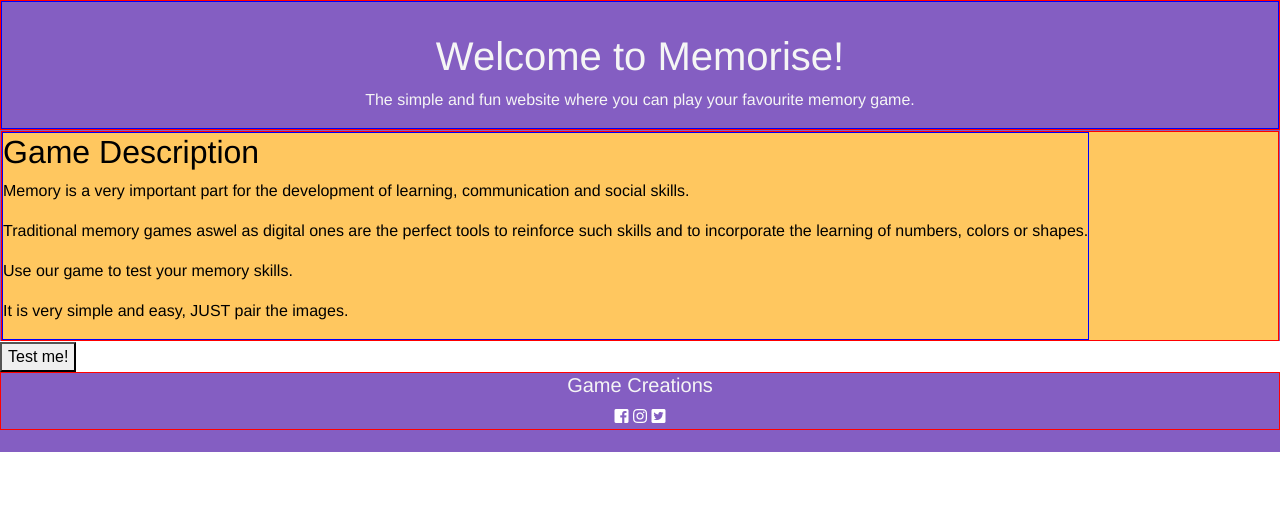
Repository: andna5980/memorise
Page: index.html
These files come from the project's save history. The page is drawn as it stood at one moment and after the next save; the edit follows.
The browser window is 1280 px wide. The pictures show the whole page.
Some web fonts or font styles are not loaded; a fallback is used. Some web libraries are served in a nearby version.

Above is the page before, as saved 2021-04-22 17:52:34.

### index.html
<!DOCTYPE html>
<html lang="en">

<head>
    <meta charset="UTF-8">
    <meta http-equiv="X-UA-Compatible" content="IE=edge">
    <meta name="viewport" content="width=device-width, initial-scale=1.0">
    <meta name="author" content="Andres Navarrete">
    <meta name="description" content="Web-based Memory Game">
    <title>MEMORISE | GAME</title>
    <link rel="stylesheet" href="https://cdn.jsdelivr.net/npm/bootstrap@4.5.3/dist/css/bootstrap.min.css"
        integrity="sha384-TX8t27EcRE3e/ihU7zmQxVncDAy5uIKz4rEkgIXeMed4M0jlfIDPvg6uqKI2xXr2" crossorigin="anonymous">
    <link rel="stylesheet" href="https://use.fontawesome.com/releases/v5.6.3/css/all.css"
        integrity="sha384-UHRtZLI+pbxtHCWp1t77Bi1L4ZtiqrqD80Kn4Z8NTSRyMA2Fd33n5dQ8lWUE00s/" crossorigin="anonymous">
    <link href="./assets/styles/style.css" rel="stylesheet">

</head>

<body>
    <header>
        <div class="test-red">
            <div class="welcome-test test-blue">
                <h1>Welcome to Memorise!</h1>
                <p>
                    The simple and fun website where you can play your favourite memory game.
                </p>

            </div>
        </div>

        <div class="game-description row test-red">
            <div class="test-blue">
                <h2>Game Description</h2>
                <p>
                    Memory is a very important part for the development of  learning, communication and social skills.
                </p>
                <p>Traditional memory games aswel as digital ones are the perfect tools to reinforce such skills and to incorporate the learning of numbers, colors or shapes.</p>
                    Use our game to test your memory skills.
                </p>

                <p>It is very simple and easy, JUST pair the images. </p>

            </div>

        </div>
    </header>

    <button id="button">Test me!</button>

    <footer>
        <div class="social-networks test-red">
            <h5>Game Creations</h5>

            <a href="http://facebook.com" target="_blank"><i class="fab fa-facebook-square"></i></a>

            <a href="http://instagram.com" target="_blank"><i class="fab fa-instagram"></i></a>

            <a href="http://twitter.com" target="_blank"><i class="fab fa-twitter-square"></i></a>


        </div>


    </footer>

</body>

</html>

### assets/styles/style.css
@import url('https://fonts.googleapis.com/css2?family=Amatic+SC&family=Original+Surfer&display=swap');

body {
    font-family: Arial, Helvetica, sans-serif;
    color: whitesmoke;
    max-width: 2000px;
}

header {
    font-family: Original Surfer, Amatic, Helvetica;
    color: whitesmoke;
    background-color: #845EC2;
}


/*   ROWS AND COLUMM AREAS   */
.test-red{
    border:1px solid red
}

.test-blue {
    border: 1px solid blue;
}

/*------------------------------------------HEADER------------------------*/

.welcome-test {
    text-align: center;
    margin-top: 25px 0;
    padding-top: 30px;
}









/*----------------------------------GAME DESCRIPTION -----------------------*/

.game-description {
    margin: 1px;
    background-color: #FFC75F;
    color: black;
}










/*--------------------------------PLAY ZONE--------------------------------*/







/*--------------------------------FOOTER--------------------------------*/

footer {
    font-family: Original Surfer, Amatic, Helvetica;
    color: whitesmoke;
    background-color: #845EC2;
    height: 80px;
    width: 100%;
}

.social-networks {
    text-align: center;
}

.social-networks a {
    color: white;
    margin: auto;
    display: inline-block;

}

After the next save:
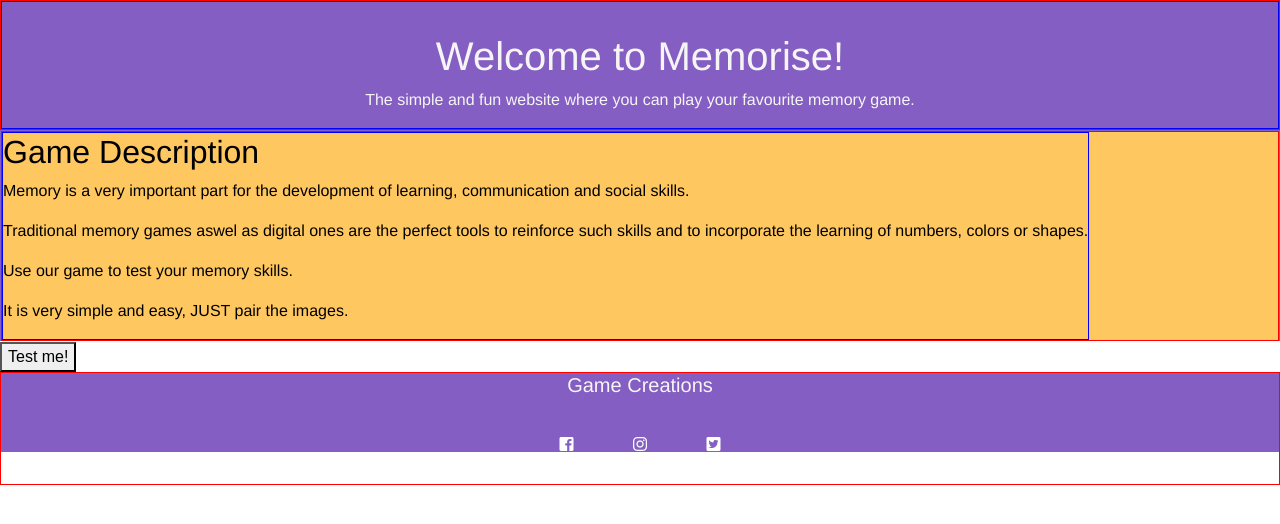
Saved 42 s later.
--- a/assets/styles/style.css
+++ b/assets/styles/style.css
@@ -79,7 +79,8 @@ footer {
 
 .social-networks a {
     color: white;
-    margin: auto;
+    margin: 2px;
+    padding: 2%;
     display: inline-block;
 
 }
